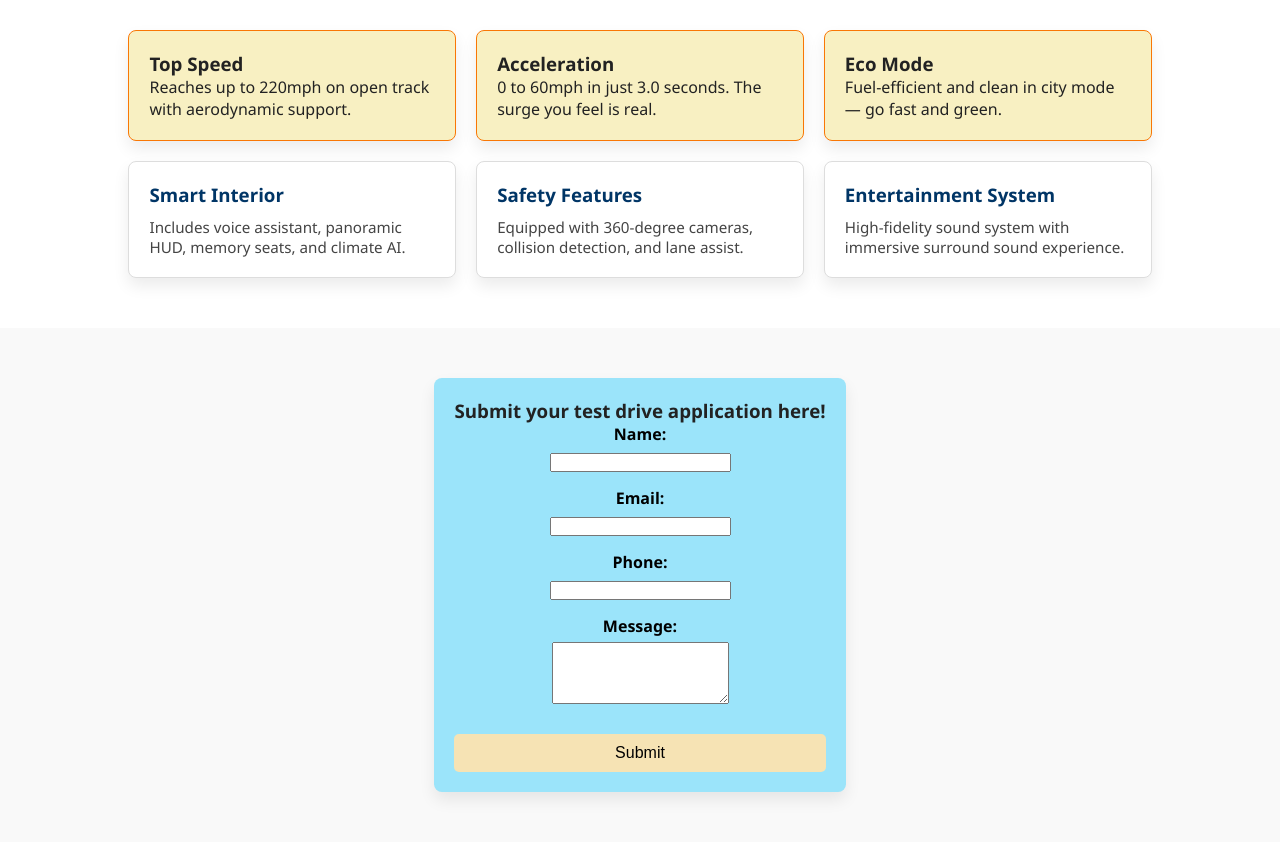
Repository: JiaheSu22/vrooom-responsive-main
Page: index.html
An editor plug-in stored every save of this project. The page is shown before and after the next save, followed by the edit.
The browser window is 1280 px wide. The pictures show the part of the page from y = 740 to 1626 px (the page is 1582 px tall before and 1626 px after).
A picture or video elsewhere on the page could not be fetched, so the positions and the page height are approximate.

Above is the page before, as saved 2025-04-11 14:55:51.

After the next save:
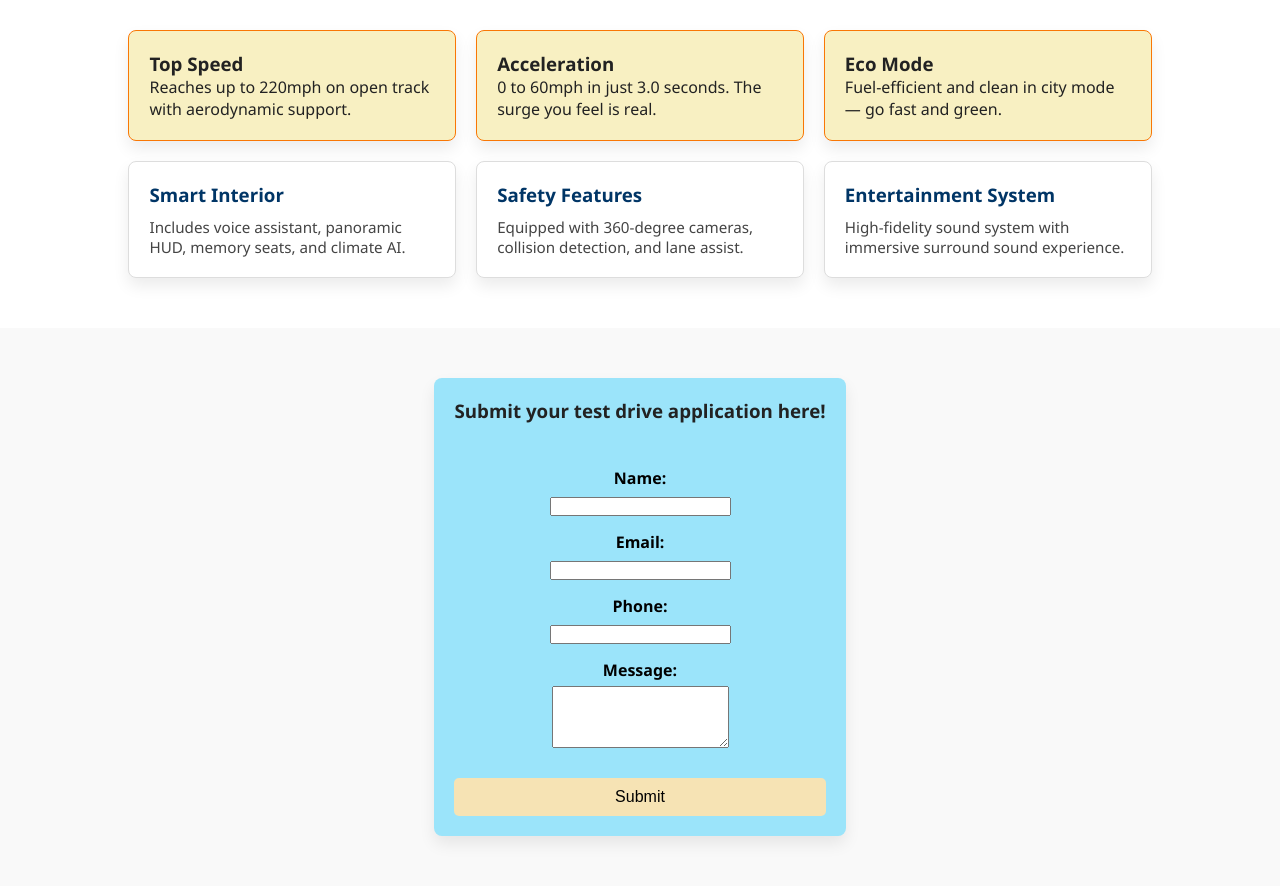
Saved 3 min 14 s later.
--- a/index.html
+++ b/index.html
@@ -276,7 +276,7 @@
 
   <section class="form-section">
     <form action="">
-      <h3>Submit your test drive application here!</h3>
+      <h3>Submit your test drive application here!</h3> <br><br>
       <div class="form">
         <label for="name">Name:</label>
         <input type="text" id="name" name="name" required>
